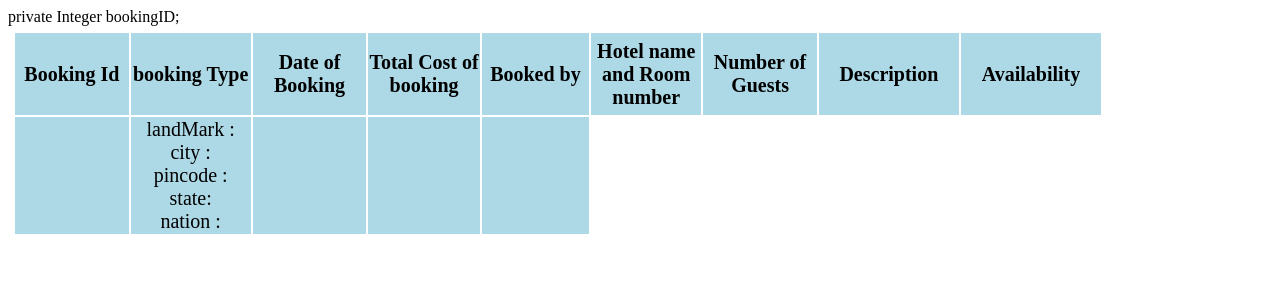
Repository: pparaska/Important
Page: http://localhost/website/WEB-INF/jsp/BookingInformation.jsp
These files come from the project's save history. The page is drawn as it stood at one moment and after the next save; the edit follows.
The browser window is 1280 px wide. The pictures show the whole page.
The page is served by Tomcat 9. Nobody is signed in. The template is opened directly, without the code that normally fills it, so the values that code supplies are empty.

Above is the page before, as saved 2019-02-12 06:23:53.

After the next save:
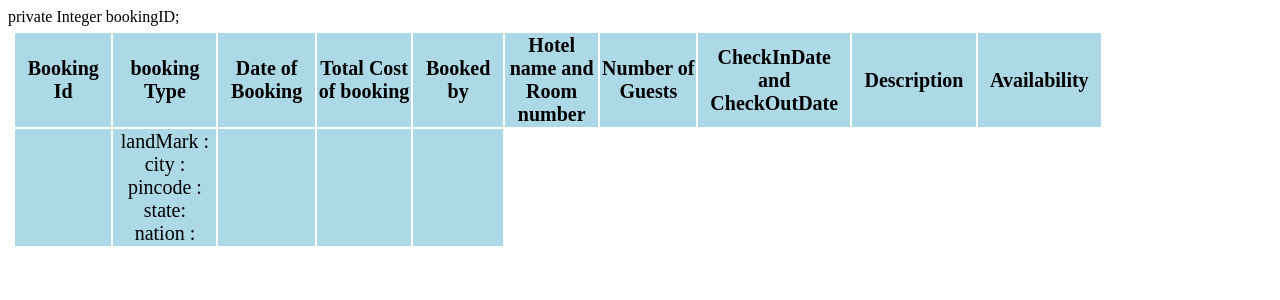
Saved 47 s later.
--- a/Poonam/All_Services/All_Services/website/src/main/webapp/WEB-INF/jsp/BookingInformation.jsp
+++ b/Poonam/All_Services/All_Services/website/src/main/webapp/WEB-INF/jsp/BookingInformation.jsp
@@ -33,6 +33,7 @@ th, td {
 				<th>Booked by</th>
 				<th>Hotel name and Room number</th>
 				<th>Number of Guests</th>
+				<th>CheckInDate and CheckOutDate</th>
 				<th>Description</th>
 				<th>Availability</th>
 			</tr>
